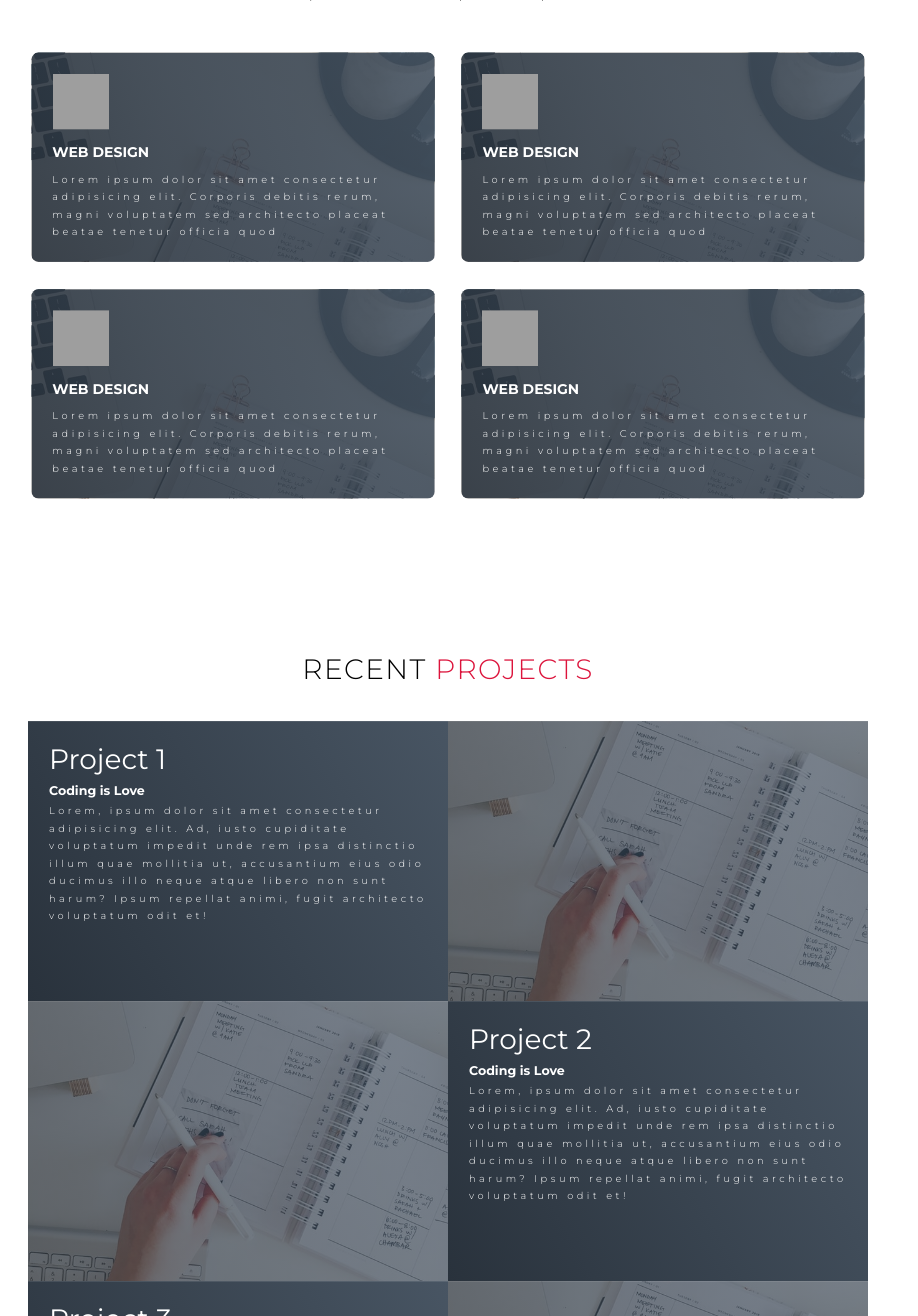
Repository: randysteele/my-portfolio-2023
Page: index.html
An editor plug-in stored every save of this project. The page is shown before and after the next save, followed by the edit.
The browser window is 1280 px wide. The page is 1311 px wide, so the pictures cover 1311 px, including what lies to the right of the window. The pictures show the part of the page from y = 1023 to 2903 px (the page is 5855 px tall before and 5805 px after), at 70% of full size.
Pictures or frames that could not be fetched are drawn as grey boxes.

Above is the page before, as saved 2023-04-24 19:25:10.

After the next save:
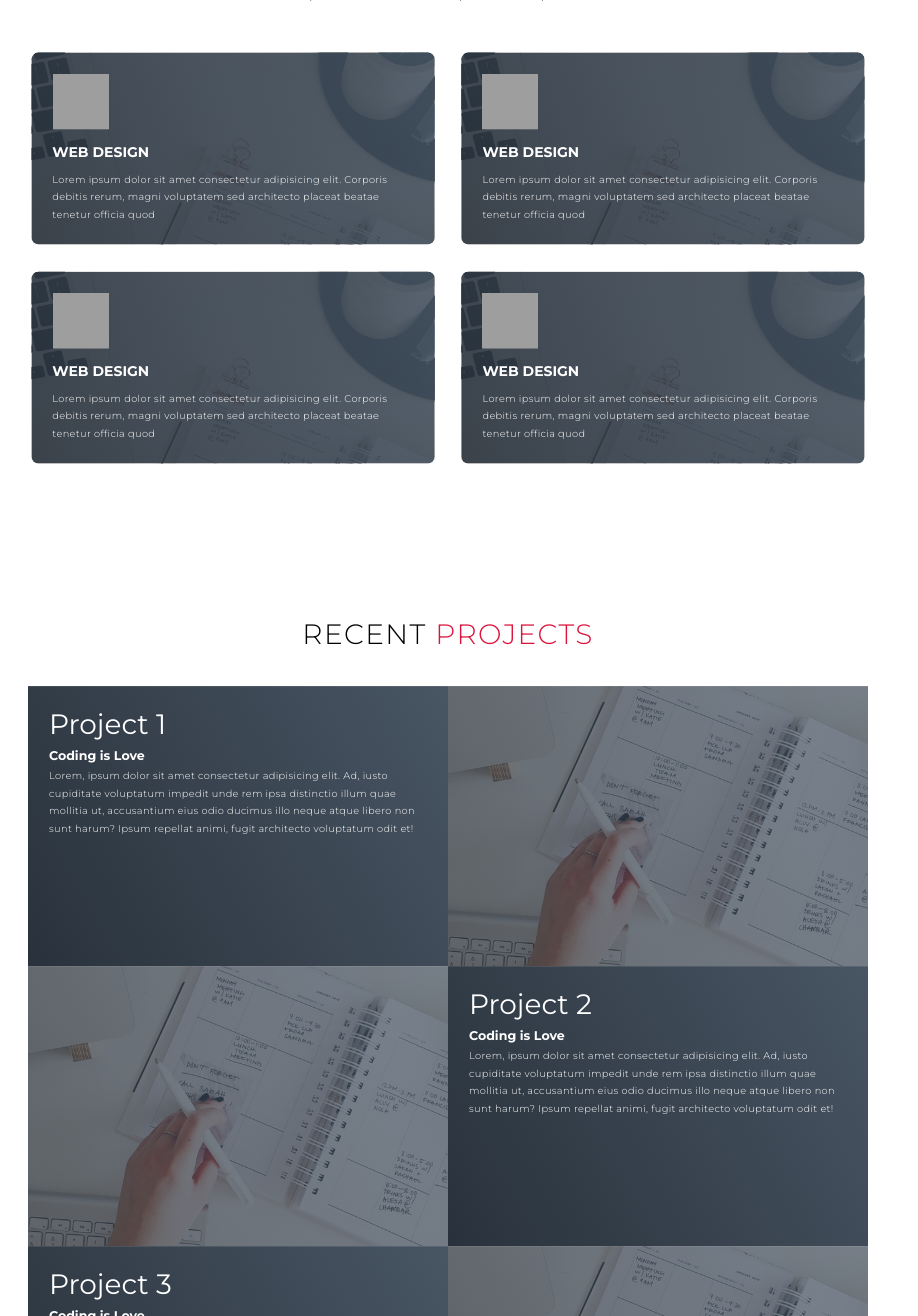
Saved 12 s later.
--- a/style.css
+++ b/style.css
@@ -32,7 +32,7 @@ p {
     margin-top: 5px;
     line-height: 2.5rem;
     font-weight: 300;
-    letter-spacing: 0.5rem;
+    letter-spacing: 0.05rem;
 }
 
 .brand h1{
